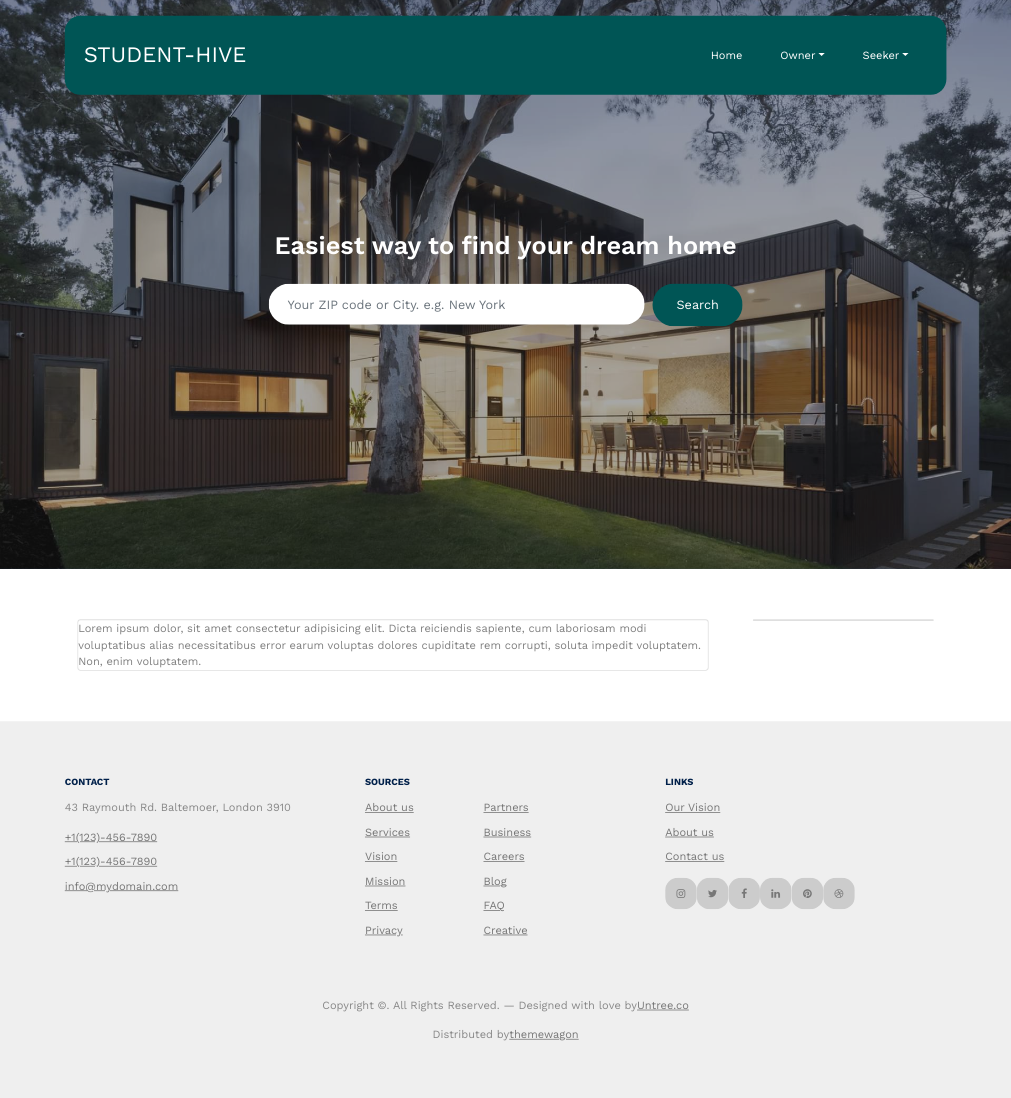
Repository: Farhan0021/Rentalproject
Page: /details (app in front/)
The author's editor kept a copy of each file at every save. The page is drawn from the files as they stood at one save, then again after the next save.
The browser window is 1280 px wide. The pictures show the whole page, at 79% of full size.
The project was rebuilt for these pictures with package versions that can differ from the ones it lists, and the page was loaded fresh each time. Also part of the build but not shown: front/vite.config.js, front/src/pages/Home.jsx, front/src/pages/seekers/Login.jsx, front/src/schema/SeekerSignupSchema.jsx, front/src/pages/seekers/Signup.jsx, front/src/pages/owner/Login.jsx, front/src/schema/OwnerSignupSchema.jsx, front/src/pages/owner/Signup.jsx.

Above is the page before, as saved 2025-04-30 22:19:05.
Console error: TypeError: Cannot read properties of null (reading 'style')

After the next save:
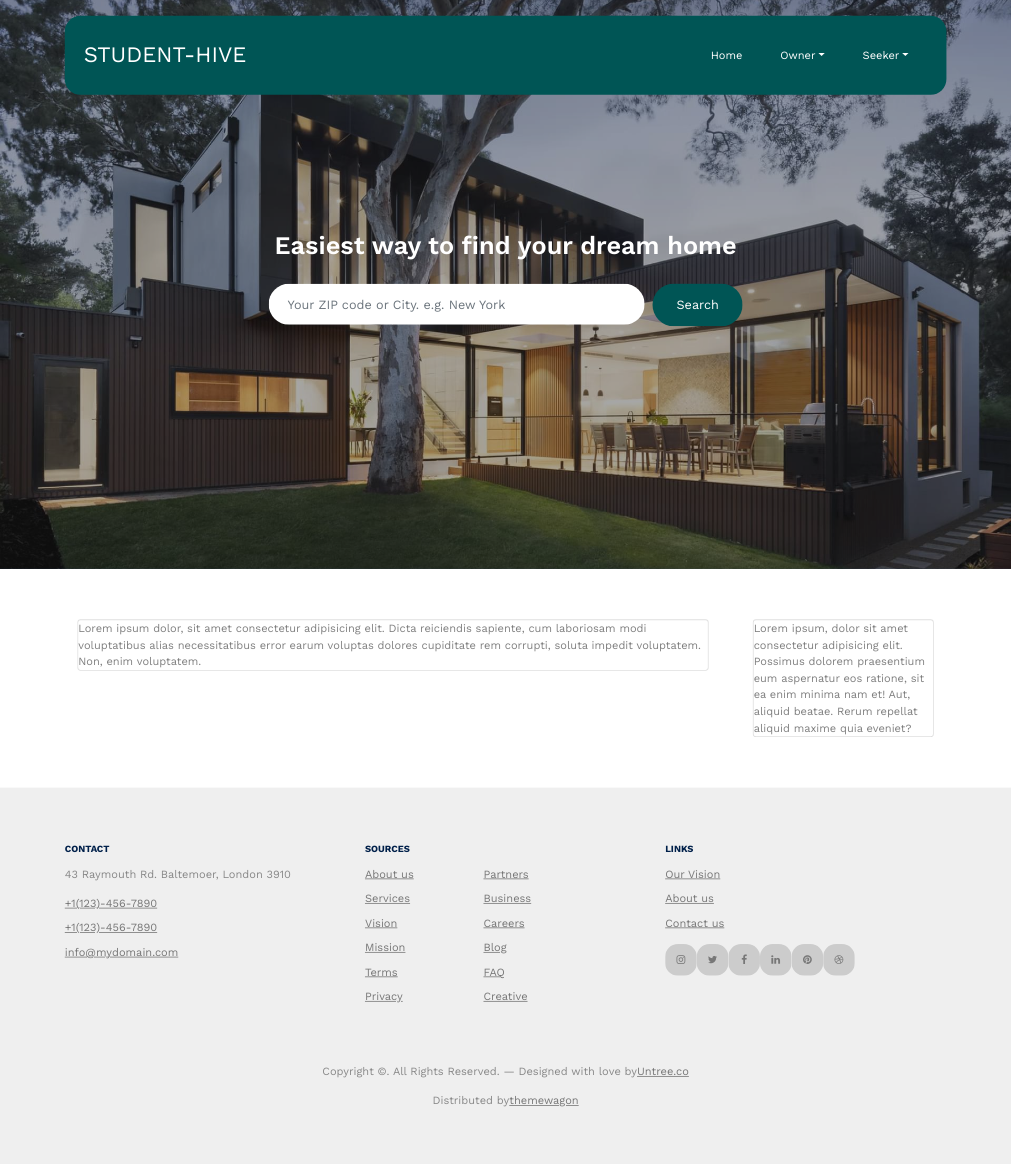
Saved 9 s later.
--- a/front/src/pages/Details.jsx
+++ b/front/src/pages/Details.jsx
@@ -10,7 +10,9 @@ const Details = () => {
                     </div>
                 </div>
                 <div className="col-md-3">
-                    <div className="card m-3"></div>
+                    <div className="card m-3">
+                        Lorem ipsum, dolor sit amet consectetur adipisicing elit. Possimus dolorem praesentium eum aspernatur eos ratione, sit ea enim minima nam et! Aut, aliquid beatae. Rerum repellat aliquid maxime quia eveniet?
+                    </div>
                 </div>
             </div>
         </div>
